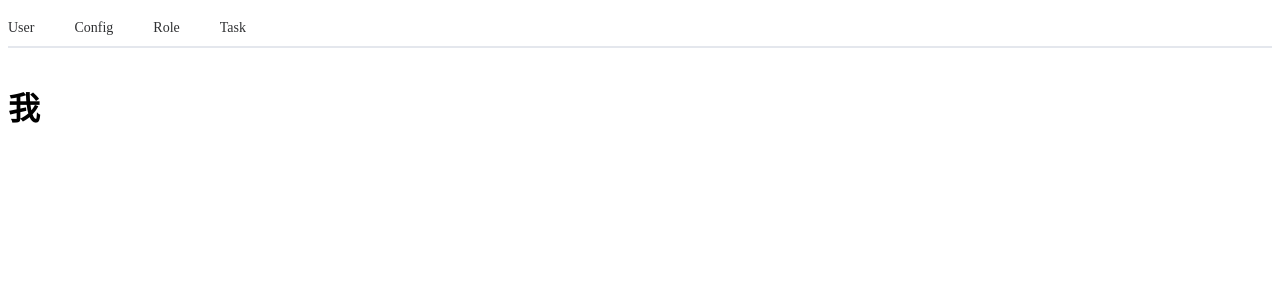
Repository: Heqiong129/Kwai
Page: /#/about
An editor plug-in stored every save of this project. The page is shown before and after a run of saves, followed by the edit.
The browser window is 1280 px wide. The pictures show the whole page.
The project was rebuilt for these pictures with package versions that can differ from the ones it lists, and the page was loaded fresh each time. Also part of the build but not shown: vue.config.js, src/components/HelloWorld.vue, src/views/HomeView.vue.

Above is the page before, as saved 2022-07-04 11:09:58.

### src/main.js
import { createApp } from "vue";
import App from "./App.vue";
import "./registerServiceWorker";
import router from "./router";
import store from "./store";
import elementIcon from "./plugins/icons";

createApp(App).use(store).use(elementIcon).use(router).mount("#app");

### src/App.vue
<template>
  <div>
    <!-- <router-link to="/">首页</router-link> |
    <router-link to="/about">我</router-link> -->
    <el-tabs v-model="activeName" class="demo-tabs" @tab-click="handleClick">
      <el-tab-pane label="User" name="first">User</el-tab-pane>
      <el-tab-pane label="Config" name="second">Config</el-tab-pane>
      <el-tab-pane label="Role" name="third">Role</el-tab-pane>
      <el-tab-pane label="Task" name="fourth">Task</el-tab-pane>
    </el-tabs>
    <router-view />
  </div>
</template>

<style>
</style>

### src/plugins/icons.js
import * as components from "@element-plus/icons-vue";
export default {
  install: (app) => {
    for (const key in components) {
      const componentConfig = components[key];
      app.component(componentConfig.name, componentConfig);
    }
  },
};

### src/views/AboutView.vue
<template>
  <div class="about">
    <h1>我</h1>
  </div>
</template>

Loaded but not shown: public/index.html (common file); src/registerServiceWorker.js (common file); src/router/index.js (common file); src/store/index.js (common file)

After the next 5 saves:
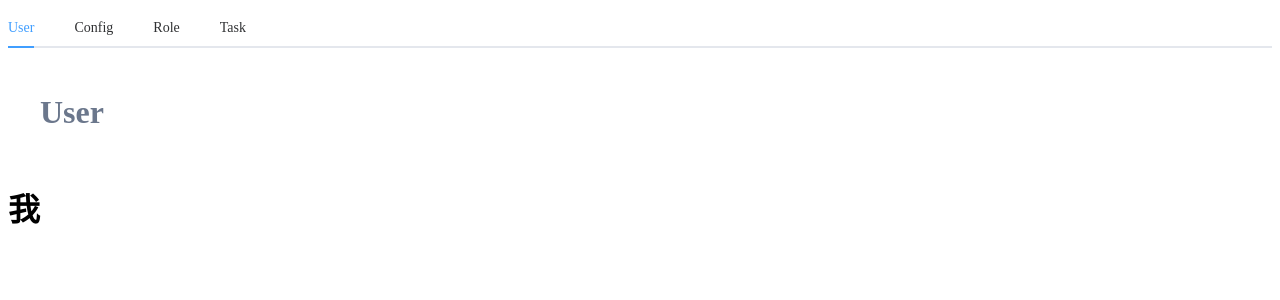
The 5 saves are shown as one change because 4 did not build or start.
The last was saved 73 s later.
--- a/src/App.vue
+++ b/src/App.vue
@@ -12,5 +12,22 @@
   </div>
 </template>
 
+<script setup>
+import { ref } from 'vue'
+import { TabsPaneContext } from 'element-plus'
+
+const activeName = ref('first')
+
+const handleClick = (TabsPaneContext, Event) => {
+  console.log(tab, event)
+}
+</script>
+
 <style>
+.demo-tabs>.el-tabs__content {
+  padding: 32px;
+  color: #6b778c;
+  font-size: 32px;
+  font-weight: 600;
+}
 </style>
